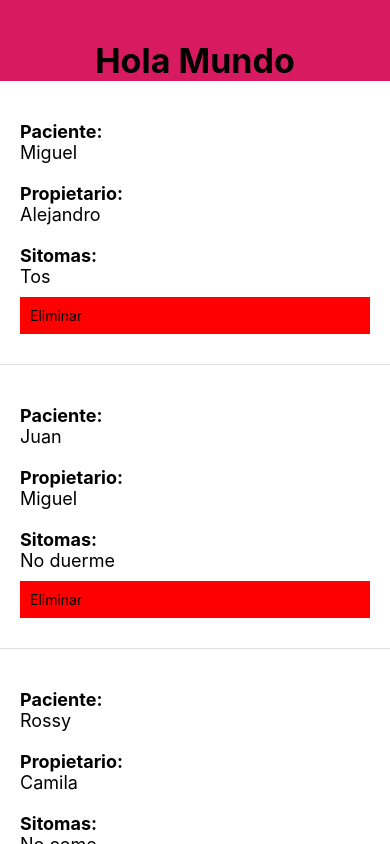
Repository: AleMicky/citas
Screen: /
An editor plug-in stored every save of this project. The screen is shown before and after the next save, followed by the edit.
An inner scrolling area shows only its first screen. The app was drawn by React Native's web renderer in a window 390 px wide. The project was rebuilt for these pictures with package versions that can differ from the ones it lists, and the page was loaded fresh each time.

Above is the screen before, as saved 2020-06-27 00:35:24.

After the next save:
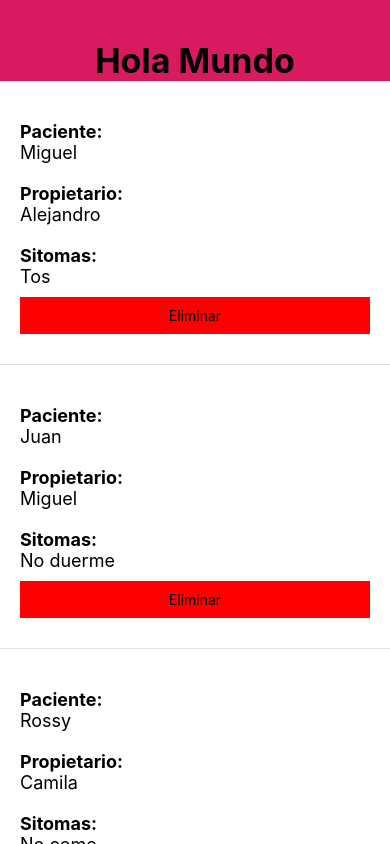
Saved 13 s later.
--- a/src/components/Cita.js
+++ b/src/components/Cita.js
@@ -46,7 +46,8 @@ const styles = StyleSheet.create({
     butonEliminar:{
         padding:10,
         backgroundColor:'red',
-        marginVertical:10
+        marginVertical:10,
+        alignItems:'center'
     }
 })
 export default Cita;
